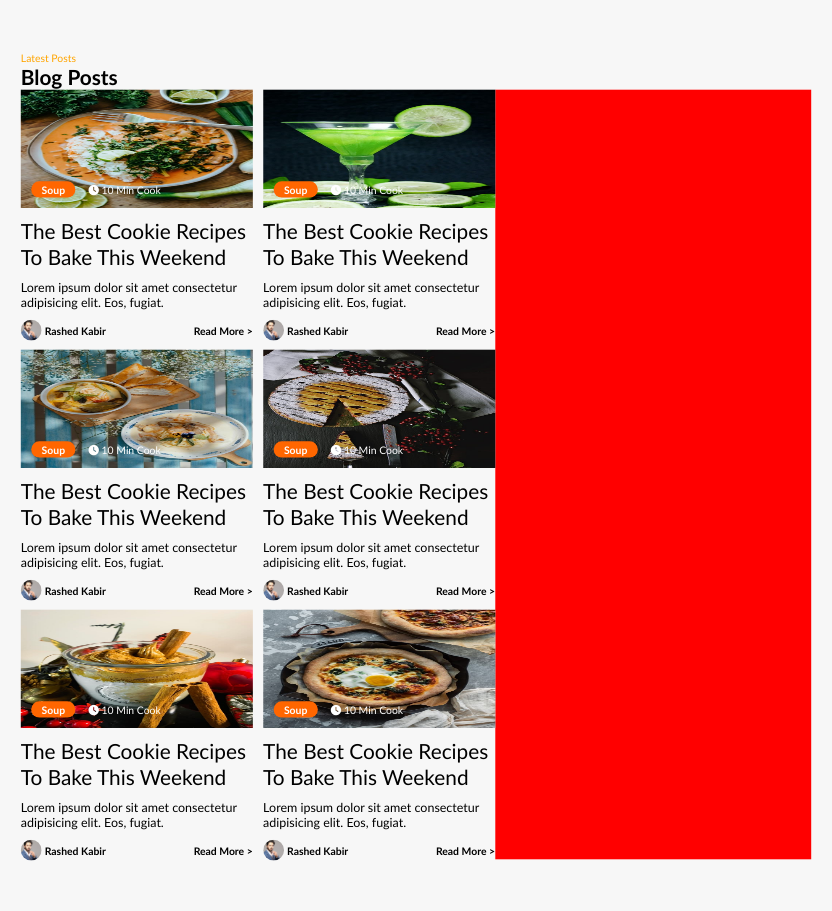
Repository: ngoctinvo/diner_project_cybersoft
Page: html/blog.html
The author's editor kept a copy of each file at every save. The page is drawn from the files as they stood at one save, then again after the next save.
The browser window is 1280 px wide. The pictures show the whole page, at 65% of full size.
Some web libraries are served in a nearby version. The style sheet was rebuilt from its Sass, Less or Tailwind sources for each picture, by a compiler version that may differ from the author's.

Above is the page before, as saved 2022-04-19 10:27:20.

After the next save:
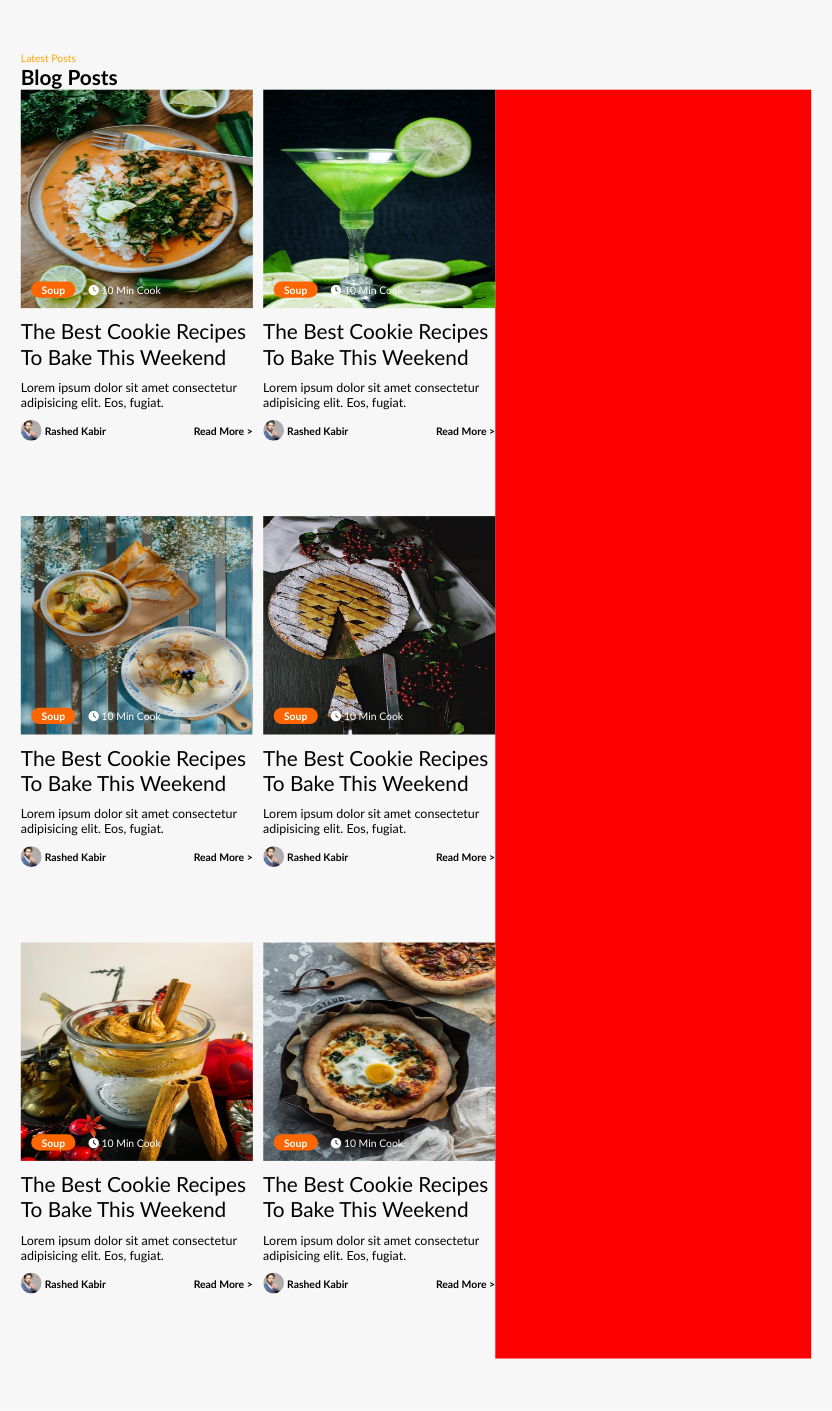
Saved 18 s later.
--- a/sass/blog.scss
+++ b/sass/blog.scss
@@ -28,7 +28,7 @@
                 .list {
                     display: grid;
                     grid-template-columns: 1fr 1fr;
-                    grid-template-rows: repeat(3, 30vw);
+                    grid-template-rows: repeat(3, 50vw);
                     gap: 1rem;
                     .item {
                         margin-bottom: 5rem;
